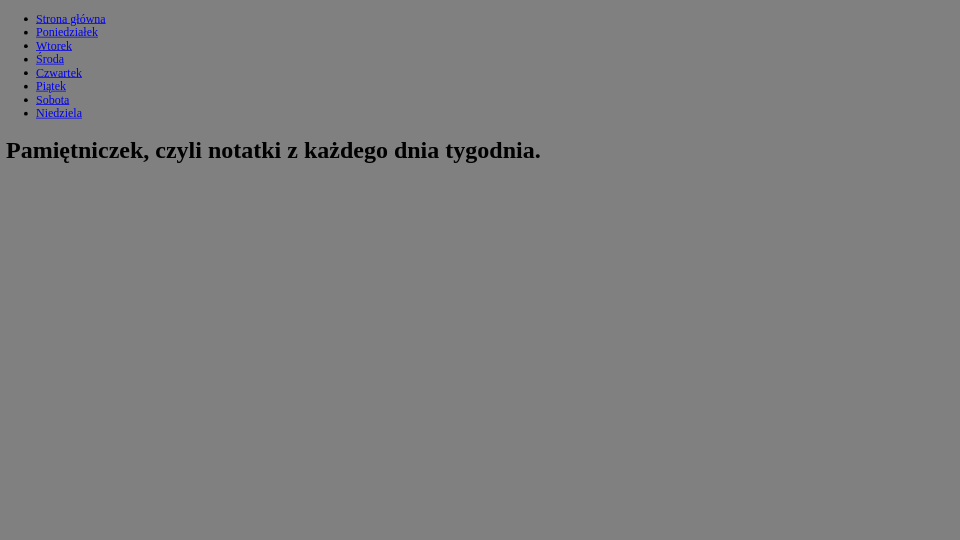
Repository: ArturNatwora/hompage
Page: index.html
An editor plug-in stored every save of this project. The page is shown before and after the next save, followed by the edit.
The browser window is 1280 px wide. The pictures show the whole page, at 75% of full size.

Above is the page before, as saved 2019-06-11 15:16:20.

### index.html
<!DOCTYPE html>
<html lang="pl">
<head>
    <meta charset="UTF-8">
    <meta name="viewport" content="width=device-width, initial-scale=1.0">
    <meta http-equiv="X-UA-Compatible" content="ie=edge">
    <link rel="stylesheet" href="index.css">
    <title>Strona domowa w ramach kursu WTf CO TEN FRONTEND.</title>
</head>
<body>
    <header class="bodyHeader">
        <nav class="bodyHeader__nav">
            <ul>
                <li><a class="bodyHeader__navLink" href="index.html">Strona główna</a></li>
                <li><a class="bodyHeader__navLink" href="./days/1.html">Poniedziałek</a></li>
                <li><a class="bodyHeader__navLink" href="./days/2.html">Wtorek</a></li>
                <li><a class="bodyHeader__navLink" href="./days/3.html">Środa</a></li>
                <li><a class="bodyHeader__navLink" href="./days/4.html">Czwartek</a></li>
                <li><a class="bodyHeader__navLink" href="./days/5.html">Piątek</a></li>
                <li><a class="bodyHeader__navLink" href="./days/6.html">Sobota</a></li>
                <li><a class="bodyHeader__navLink" href="./days/7.html">Niedziela</a></li>
            </ul>
        </nav>
        <h1 class="bodyHeader__h1">Pamiętniczek, czyli notatki z każdego dnia tygodnia.</h1>
    </header>
    <main class="main">


    </main>
    <script src="index.js"></script>
</body>
</html>

Loaded but not shown: index.css (common file); index.js (no copy from this time; the picture is the same without it)

After the next save:
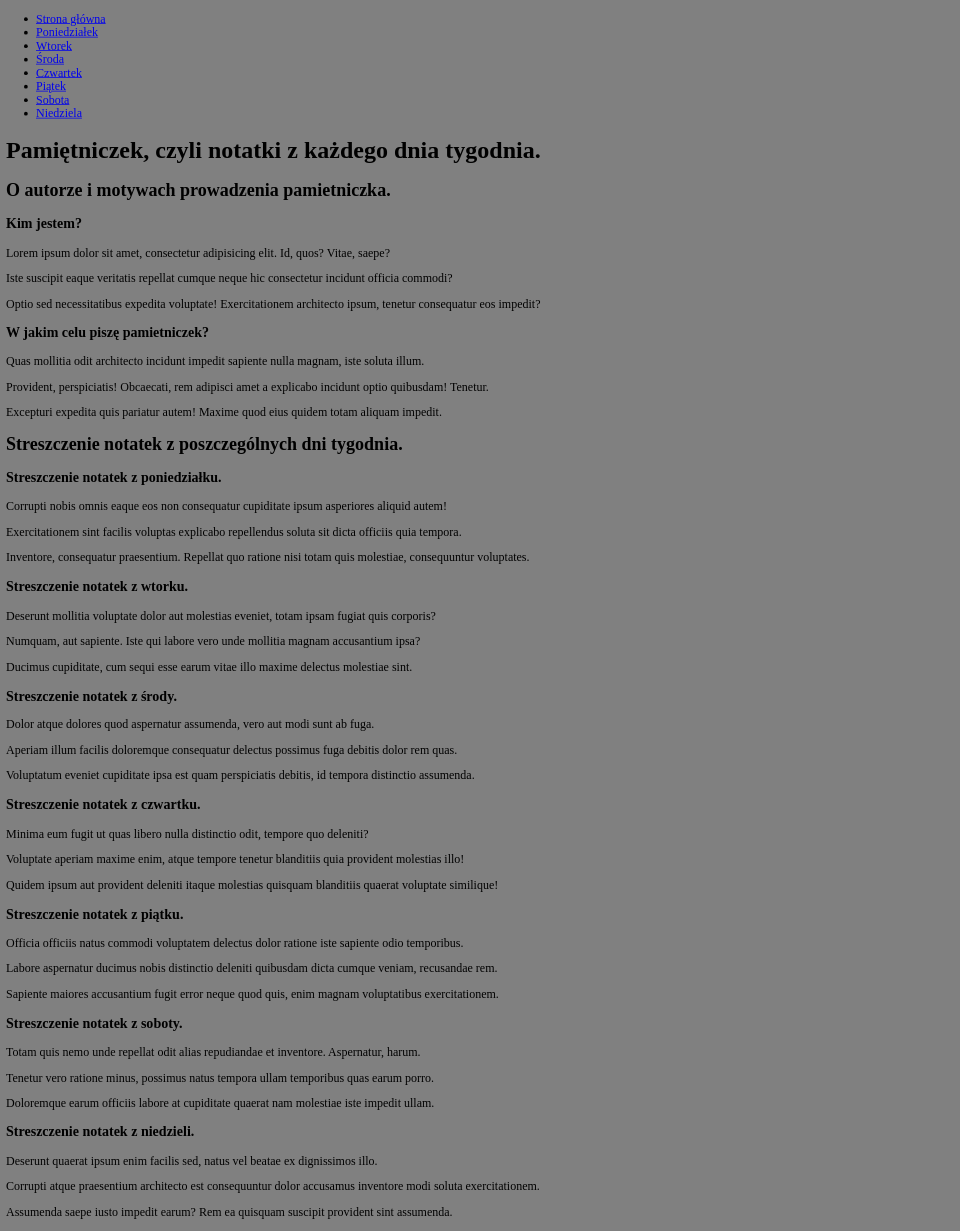
Saved 62 min 47 s later.
--- a/index.html
+++ b/index.html
@@ -24,6 +24,67 @@
         <h1 class="bodyHeader__h1">Pamiętniczek, czyli notatki z każdego dnia tygodnia.</h1>
     </header>
     <main class="main">
+        <secion class="secion">
+            <h2 class="section__title">O autorze i motywach prowadzenia pamietniczka.</h2>
+            <article class="article">
+                <h3 class="article__title">Kim jestem?</h3>
+                <p>Lorem ipsum dolor sit amet, consectetur adipisicing elit. Id, quos? Vitae, saepe?</p>
+                <p>Iste suscipit eaque veritatis repellat cumque neque hic consectetur incidunt officia commodi?</p>
+                <p>Optio sed necessitatibus expedita voluptate! Exercitationem architecto ipsum, tenetur consequatur eos impedit?</p>
+            </article>
+            <article class="article">
+                <h3 class="article__title">W jakim celu piszę pamietniczek?</h3>
+                <p>Quas mollitia odit architecto incidunt impedit sapiente nulla magnam, iste soluta illum.</p>
+                <p>Provident, perspiciatis! Obcaecati, rem adipisci amet a explicabo incidunt optio quibusdam! Tenetur.</p>
+                <p>Excepturi expedita quis pariatur autem! Maxime quod eius quidem totam aliquam impedit.</p>
+            </article>
+
+
+        <secion class="secion">
+            <h2 class="section__title">Streszczenie notatek z poszczególnych dni tygodnia.</h2>
+            <article class="article">
+                <h3 class="article__title">Streszczenie notatek z poniedziałku.</h3>
+                <p>Corrupti nobis omnis eaque eos non consequatur cupiditate ipsum asperiores aliquid autem!</p>
+                <p>Exercitationem sint facilis voluptas explicabo repellendus soluta sit dicta officiis quia tempora.</p>
+                <p>Inventore, consequatur praesentium. Repellat quo ratione nisi totam quis molestiae, consequuntur voluptates.</p>
+            </article>
+            <article class="article">
+                <h3 class="article__title">Streszczenie notatek z  wtorku.</h3>
+                <p>Deserunt mollitia voluptate dolor aut molestias eveniet, totam ipsam fugiat quis corporis?</p>
+                <p>Numquam, aut sapiente. Iste qui labore vero unde mollitia magnam accusantium ipsa?</p>
+                <p>Ducimus cupiditate, cum sequi esse earum vitae illo maxime delectus molestiae sint.</p>
+            </article>
+            <article class="article">
+                <h3 class="article__title">Streszczenie notatek z środy.</h3>
+                <p>Dolor atque dolores quod aspernatur assumenda, vero aut modi sunt ab fuga.</p>
+                <p>Aperiam illum facilis doloremque consequatur delectus possimus fuga debitis dolor rem quas.</p>
+                <p>Voluptatum eveniet cupiditate ipsa est quam perspiciatis debitis, id tempora distinctio assumenda.</p>
+            </article>
+            <article class="article">
+                <h3 class="article__title">Streszczenie notatek z czwartku.</h3>
+                <p>Minima eum fugit ut quas libero nulla distinctio odit, tempore quo deleniti?</p>
+                <p>Voluptate aperiam maxime enim, atque tempore tenetur blanditiis quia provident molestias illo!</p>
+                <p>Quidem ipsum aut provident deleniti itaque molestias quisquam blanditiis quaerat voluptate similique!</p>
+            </article>
+            <article class="article">
+                <h3 class="article__title">Streszczenie notatek z piątku.</h3>
+                <p>Officia officiis natus commodi voluptatem delectus dolor ratione iste sapiente odio temporibus.</p>
+                <p>Labore aspernatur ducimus nobis distinctio deleniti quibusdam dicta cumque veniam, recusandae rem.</p>
+                <p>Sapiente maiores accusantium fugit error neque quod quis, enim magnam voluptatibus exercitationem.</p>
+            </article>
+            <article class="article">
+                <h3 class="article__title">Streszczenie notatek z soboty.</h3>
+                <p>Totam quis nemo unde repellat odit alias repudiandae et inventore. Aspernatur, harum.</p>
+                <p>Tenetur vero ratione minus, possimus natus tempora ullam temporibus quas earum porro.</p>
+                <p>Doloremque earum officiis labore at cupiditate quaerat nam molestiae iste impedit ullam.</p>
+            </article>
+            <article class="article">
+                <h3 class="article__title">Streszczenie notatek z niedzieli.</h3>
+                <p>Deserunt quaerat ipsum enim facilis sed, natus vel beatae ex dignissimos illo.</p>
+                <p>Corrupti atque praesentium architecto est consequuntur dolor accusamus inventore modi soluta exercitationem.</p>
+                <p>Assumenda saepe iusto impedit earum? Rem ea quisquam suscipit provident sint assumenda.</p>
+            </article>
+        </secion>
 
 
     </main>
